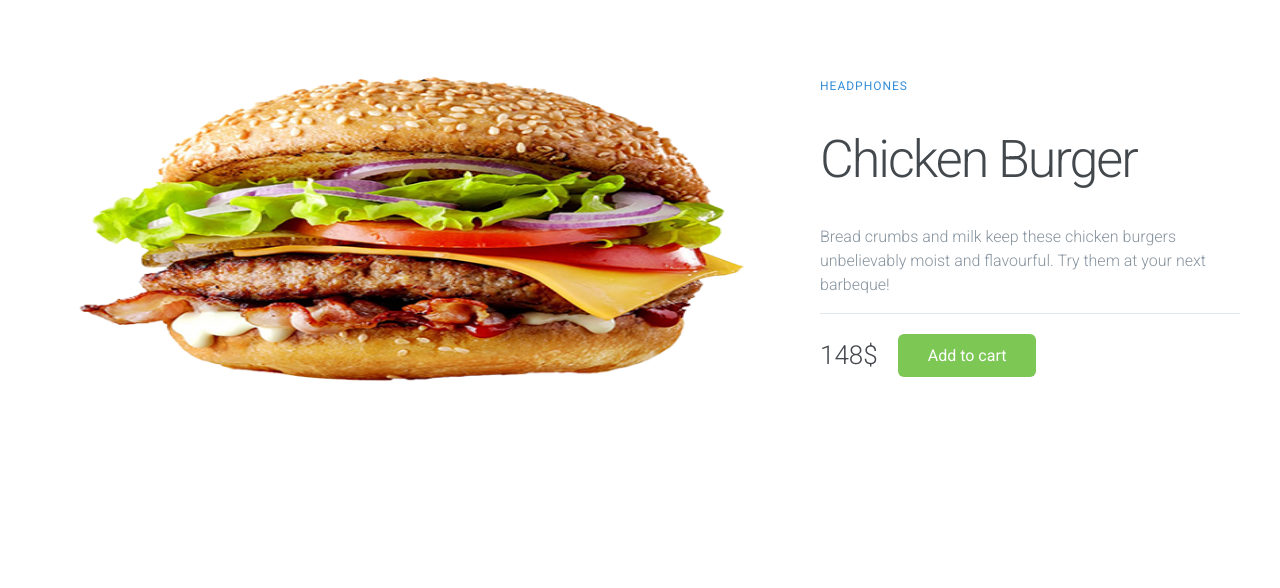
Repository: manishmachha/project-kitchenStory
Page: http://localhost/Phase_4_Kitchen_Story/products.jsp
An editor plug-in stored every save of this project. The page is shown before and after the next save, followed by the edit.
The browser window is 1280 px wide. The pictures show the whole page.
Some web libraries are served in a nearby version. The page is served by Tomcat 10.

Above is the page before, as saved 2022-03-11 05:37:59.

After the next save:
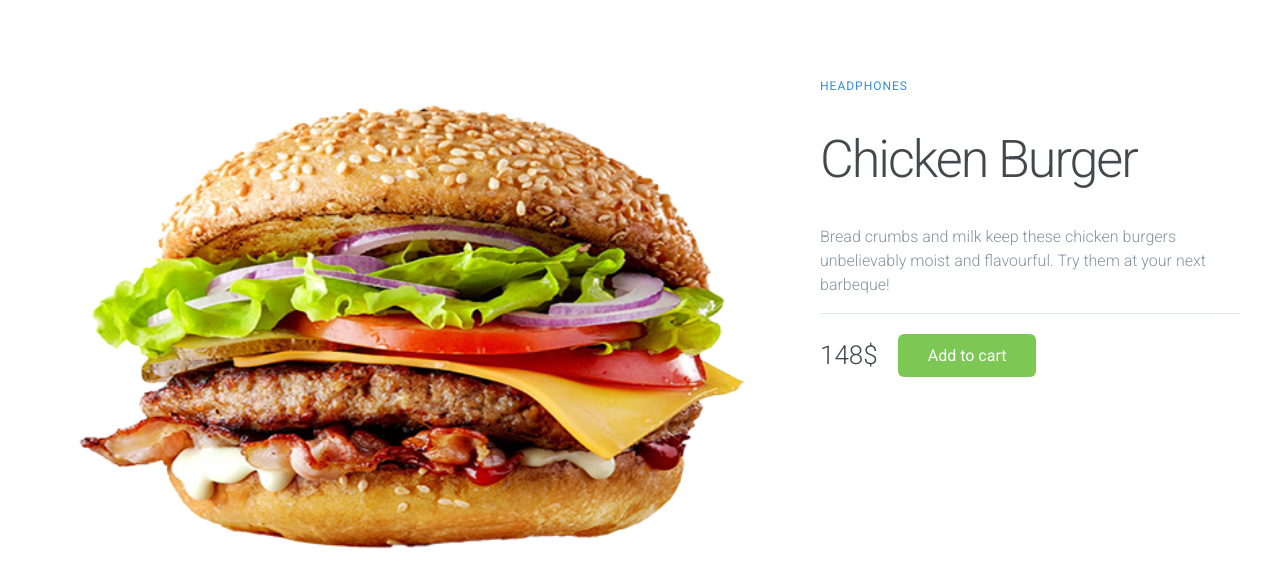
Saved 49 s later.
--- a/Phase 4 Kitchen Story/src/main/webapp/products.jsp
+++ b/Phase 4 Kitchen Story/src/main/webapp/products.jsp
@@ -20,7 +20,7 @@
 
         <!-- Left Column / Headphones Image -->
         <div class="left-column">
-            <img data-image="red" class="active" src="images/burger-trending.png" height="400">
+            <img data-image="red" class="active" src="images/burger-trending.png">
         </div>
 
 
